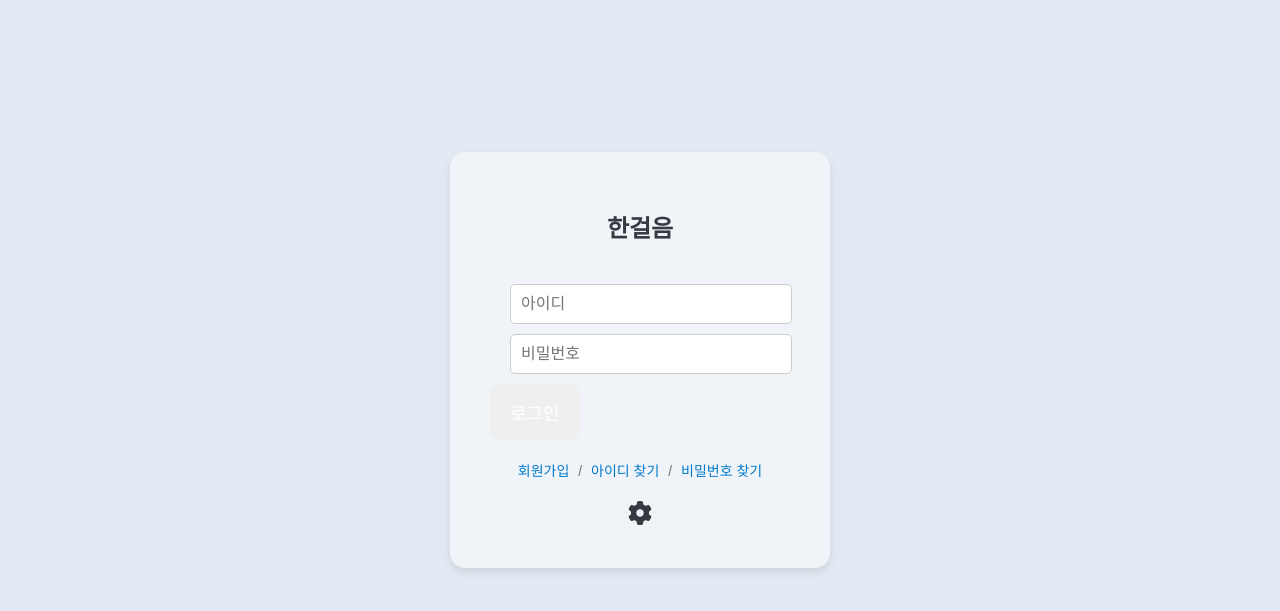
Repository: step-by-steps/step_by_steps_web
Page: http://localhost/login
These files come from the project's save history. The page is drawn as it stood at one moment and after a run of saves; the edit follows.
The browser window is 1280 px wide. The pictures show the whole page.
The page is served by the project's application, run on Flask 3 (main.py).

Above is the page before, as saved 2024-08-07 18:24:53.

### templates/login.html
<!DOCTYPE html>
<html lang="ko">
<head>
    <meta charset="UTF-8">
    <meta name="viewport" content="width=device-width, initial-scale=1.0">
    <title>로그인</title>
    <link rel="stylesheet" href="{{ url_for('static', filename='css/style.css') }}">
    <link rel="stylesheet" href="https://cdnjs.cloudflare.com/ajax/libs/font-awesome/6.0.0-beta3/css/all.min.css">
    <script>
        window.onload = function() {
            var storedFontSize = localStorage.getItem('fontSize');
            if (storedFontSize) {
                document.body.style.fontSize = storedFontSize + 'px';
            }
        }
    </script>
</head>
<body>
    <div class="container">
        <h1>한걸음</h1>
        <form method="POST" action="{{ url_for('login') }}">
            <input type="text" name="username" placeholder="아이디" class="input-field">
            <input type="password" name="password" placeholder="비밀번호" class="input-field">
            <button type="submit" class="btn">로그인</button>
        </form>
        <div class="footer-links">
            <a href="#">회원가입</a> / <a href="#">아이디 찾기</a> / <a href="#">비밀번호 찾기</a>
        </div>
        <div class="settings-icon">
            <a href="{{ url_for('settings') }}"><i class="fas fa-cog"></i></a>
        </div>
    </div>
</body>
</html>

### main.py
from flask import Flask, render_template, request, redirect, url_for, session
import mysql.connector

app = Flask(__name__)
app.secret_key = '011'

db_config = {
    'user': 'ondy',
    'password': '030104',
    'host': '172.20.10.12',
    'database': 'login_data',
    'collation': 'utf8mb4_general_ci'
}

def get_db_connection():
    conn = mysql.connector.connect(**db_config)
    return conn

def validate_user(username, password):
    conn = get_db_connection()
    cursor = conn.cursor(dictionary=True)
    cursor.execute("SELECT * FROM users WHERE username=%s AND password=%s", (username, password))
    user = cursor.fetchone()
    # 모든 결과를 명시적으로 읽음
    while cursor.nextset():
        cursor.fetchall()
    cursor.close()
    conn.close()
    return user

@app.route('/')
def home():
    if 'username' in session:
        return redirect(url_for('index'))
    return redirect(url_for('login'))

@app.route('/index')
def index():
    if 'username' in session:
        return render_template('index.html')
    return redirect(url_for('login'))

@app.route('/login', methods=['GET', 'POST'])
def login():
    if request.method == 'POST':
        username = request.form['username']
        password = request.form['password']
        user = validate_user(username, password)
        if user:
            session['username'] = user['username']
            return redirect(url_for('index'))
        else:
            return '로그인 실패'
    return render_template('login.html')

@app.route('/logout')
def logout():
    session.pop('username', None)
    return redirect(url_for('login'))

@app.route('/step1')
def step1():
    if 'username' not in session:
        return redirect(url_for('login'))
    return "Step 1 page"

@app.route('/step2')
def step2():
    if 'username' not in session:
        return redirect(url_for('login'))
    return "Step 2 page"

@app.route('/step3')
def step3():
    if 'username' not in session:
        return redirect(url_for('login'))
    return "Step 3 page"

@app.route('/settings')
def settings():
    if 'username' in session:
        return render_template('settings.html')
    return redirect(url_for('login'))

if __name__ == '__main__':
    app.run(debug=True, port=5002)

### static/css/style.css
body {
    background-color: #E3EAF3; /* 밝은 블루그레이 배경색 */
    font-family: Arial, sans-serif;
    display: flex;
    justify-content: center;
    align-items: center;
    height: 100vh;
    margin: 0;
    font-size: 16px; /* 기본 글자 크기 */
}

.container {
    text-align: center;
    background-color: #F0F4F8; /* 기존보다 명도 높은 배경색 */
    padding: 40px;
    border-radius: 15px;
    box-shadow: 0 4px 8px rgba(0, 0, 0, 0.1);
    width: 300px;
}

h1 {
    margin-bottom: 40px;
    color: #343A40; /* 짙은 회색 텍스트 */
    font-size: 24px; /* 헤더 글자 크기 */
}

a.btn, button.btn {
    display: block;
    width: 100
    background-color: #007ACC; /* 선명한 파란색 버튼 */
    color: #fff;
    text-decoration: none;
    padding: 15px 20px;
    margin: 10px 0;
    border-radius: 10px;
    border: none;
    cursor: pointer;
    transition: background-color 0.3s ease;
    font-size: 18px; /* 버튼 글자 크기 */
}

a.btn:hover, button.btn:hover {
    background-color: #005f99; /* hover 효과를 위한 더 진한 파란색 */
}

.settings-icon {
    margin-top: 20px;
}

.settings-icon a {
    color: #343A40; /* 아이콘 색상 */
    font-size: 24px;
    text-decoration: none;
    transition: color 0.3s ease;
}

.settings-icon a:hover {
    color: #007ACC; /* 아이콘 hover 색상 */
}

.input-field {
    display: block;
    width: calc(100% - 40px);
    margin: 10px 20px;
    padding: 10px;
    border: 1px solid #ccc;
    border-radius: 5px;
    font-size: 16px; /* 입력 필드 글자 크기 */
}

.footer-links {
    margin-top: 20px;
    color: #6C757D;
    font-size: 14px;
}

.footer-links a {
    color: #007ACC;
    text-decoration: none;
    margin: 0 5px;
    font-size: 14px; /* 푸터 링크 글자 크기 */
}

.header {
    display: flex;
    align-items: center;
    margin-bottom: 20px;
}

.header h1 {
    flex: 1;
    text-align: center;
    margin: 0;
    color: #343A40;
}

.back-button {
    color: #343A40;
    text-decoration: none;
    font-size: 24px;
}

After the next 2 saves:
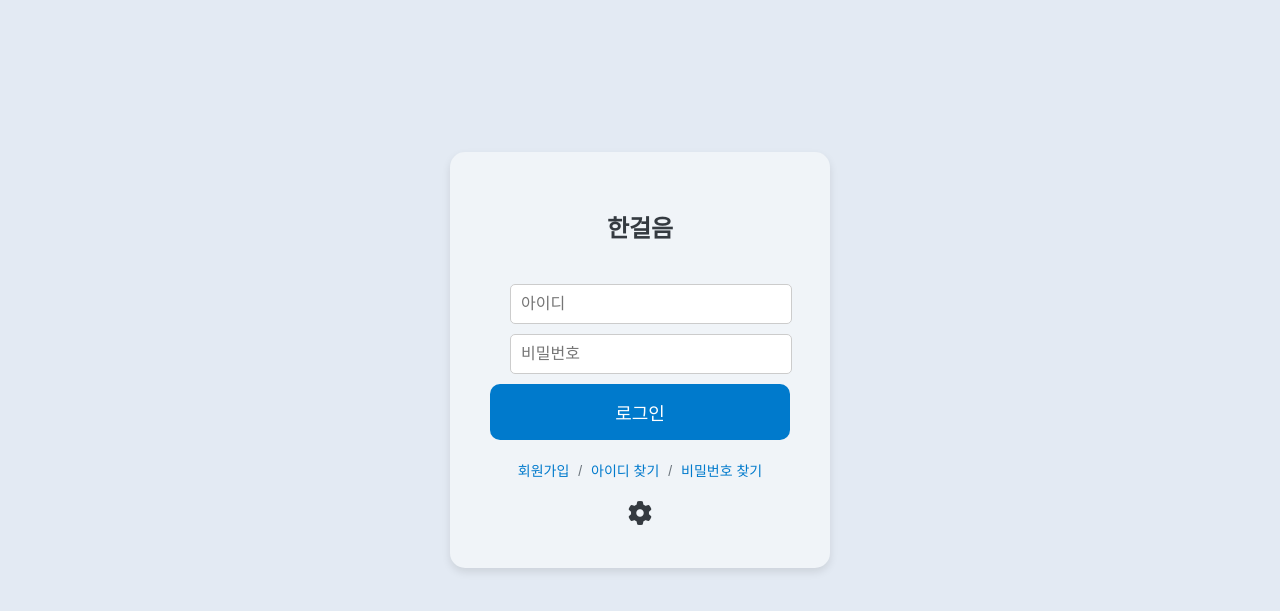
The 2 saves are shown as one change because they came seconds apart.
The last was saved 5 s later.
--- a/static/css/style.css
+++ b/static/css/style.css
@@ -26,7 +26,7 @@ h1 {
 
 a.btn, button.btn {
     display: block;
-    width: 100
+    width: 100%;
     background-color: #007ACC; /* 선명한 파란색 버튼 */
     color: #fff;
     text-decoration: none;
